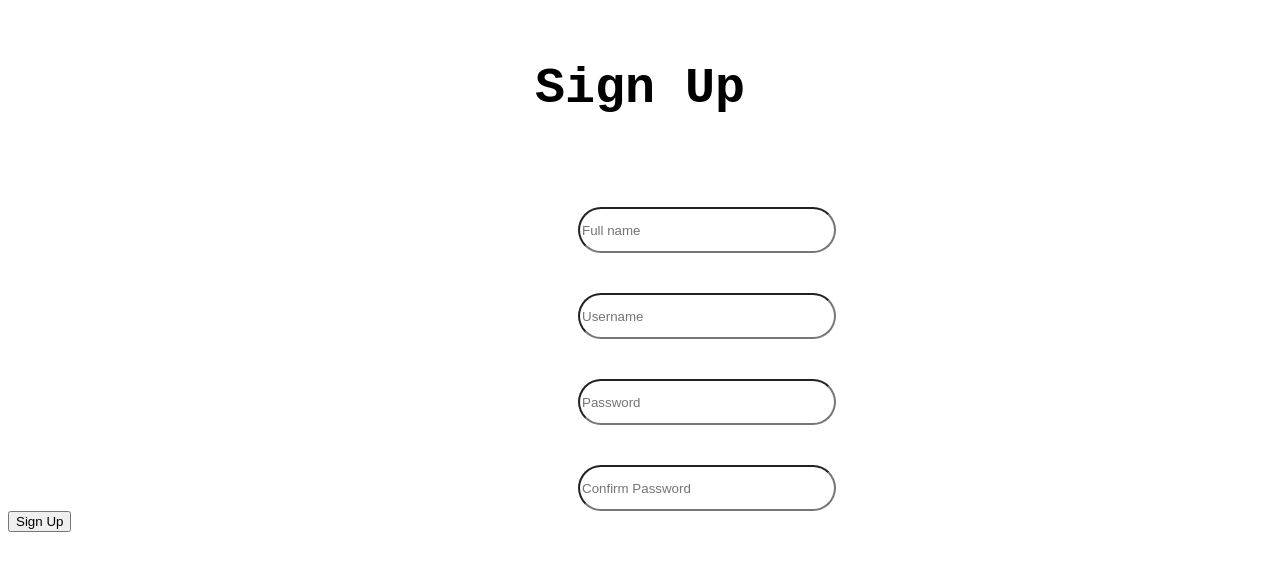
Repository: yhung004/TUTORIAL_PAGE
Page: sign_up.html
The author's editor kept a copy of each file at every save. The page is drawn from the files as they stood at one save, then again after the next save.
The browser window is 1280 px wide. The pictures show the whole page.

Above is the page before, as saved 2024-04-10 13:04:51.

After the next save:
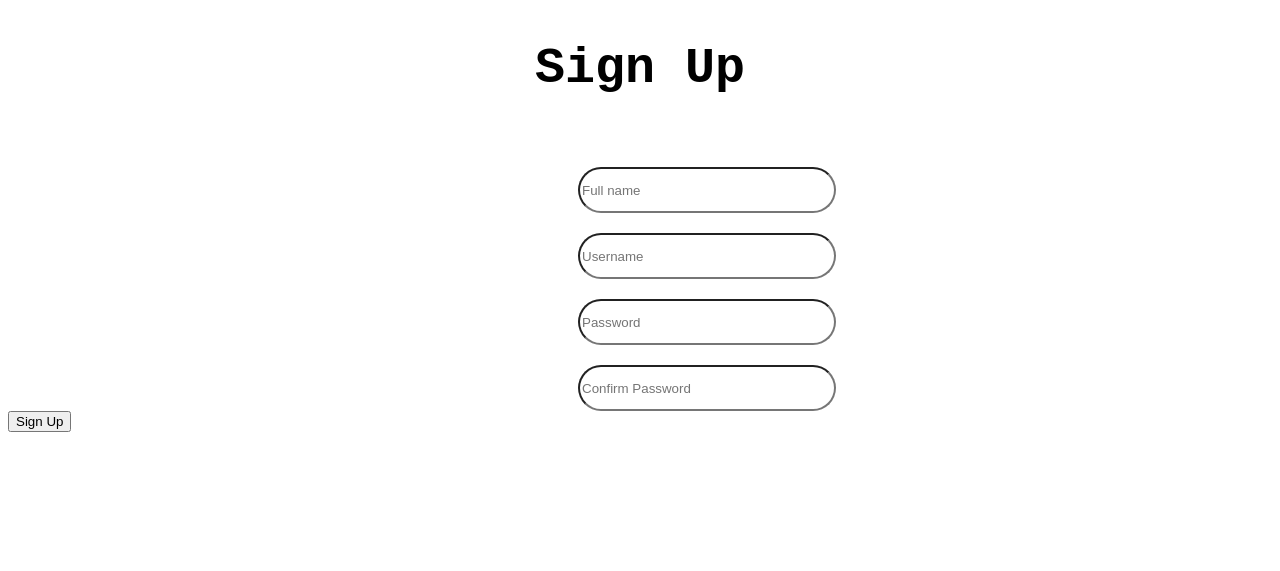
Saved 54 s later.
--- a/main.css
+++ b/main.css
@@ -78,7 +78,7 @@
     text-align:center;
     font-size: 50px;
     font-family: monospace;
-    margin-top: 60px;
+    margin-top: 40px;
 }
 .fname {
     position: relative;
@@ -86,7 +86,7 @@
     left: 570px;
     width: 250px;
     height: 40px;
-    margin-top: 40px;
+    margin-top: 20px;
 }
 .uname {
     position: relative;
@@ -94,7 +94,7 @@
     left: 570px;
     width: 250px;
     height: 40px;
-    margin-top: 40px;
+    margin-top: 20px;
 }
 .pwd {
     position: relative;
@@ -102,7 +102,7 @@
     left: 570px;
     width: 250px;
     height: 40px;
-    margin-top: 40px;
+    margin-top: 20px;
 }
 .cpwd {
     position: relative;
@@ -110,5 +110,5 @@
     left: 570px;
     width: 250px;
     height: 40px;
-    margin-top: 40px;
+    margin-top: 20px;
 }
